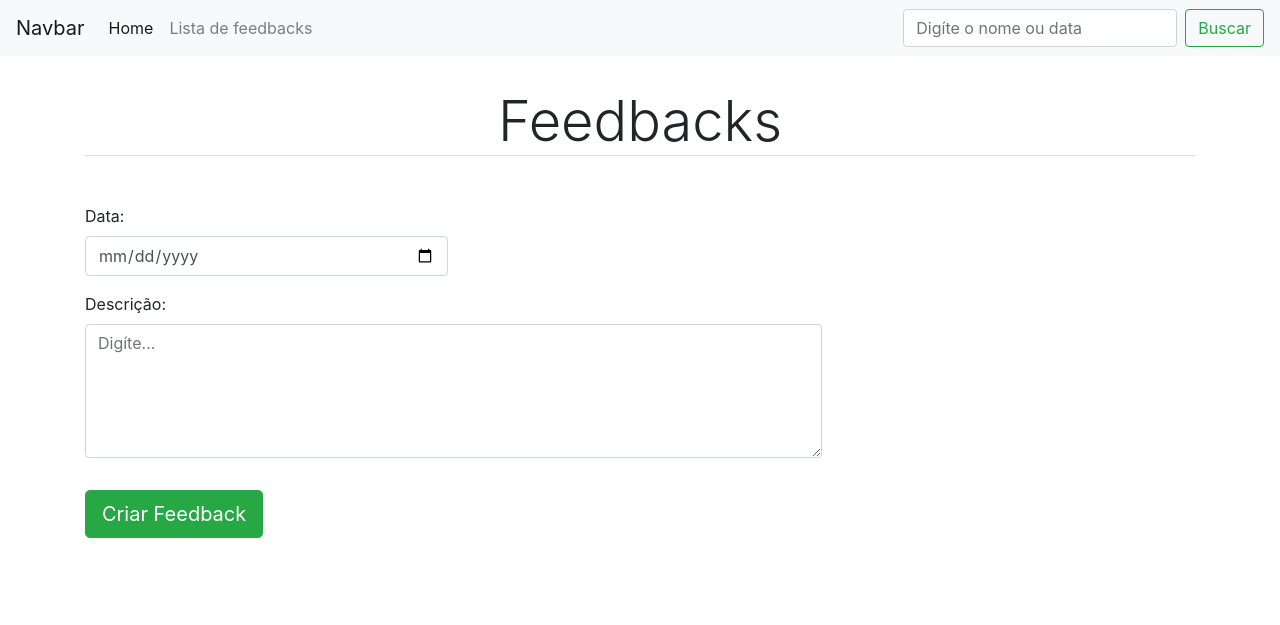
Repository: JulioSantooz/maisViagensSegundaVersao
Page: java-web(eclipse)/java-crud-mais-viagens/src/main/webapp/descricao.html
The author's editor kept a copy of each file at every save. The page is drawn from the files as they stood at one save, then again after the next save.
The browser window is 1280 px wide. The pictures show the whole page.
Some web libraries are served in a nearby version.

Above is the page before, as saved 2022-02-06 15:22:07.

After the next save:
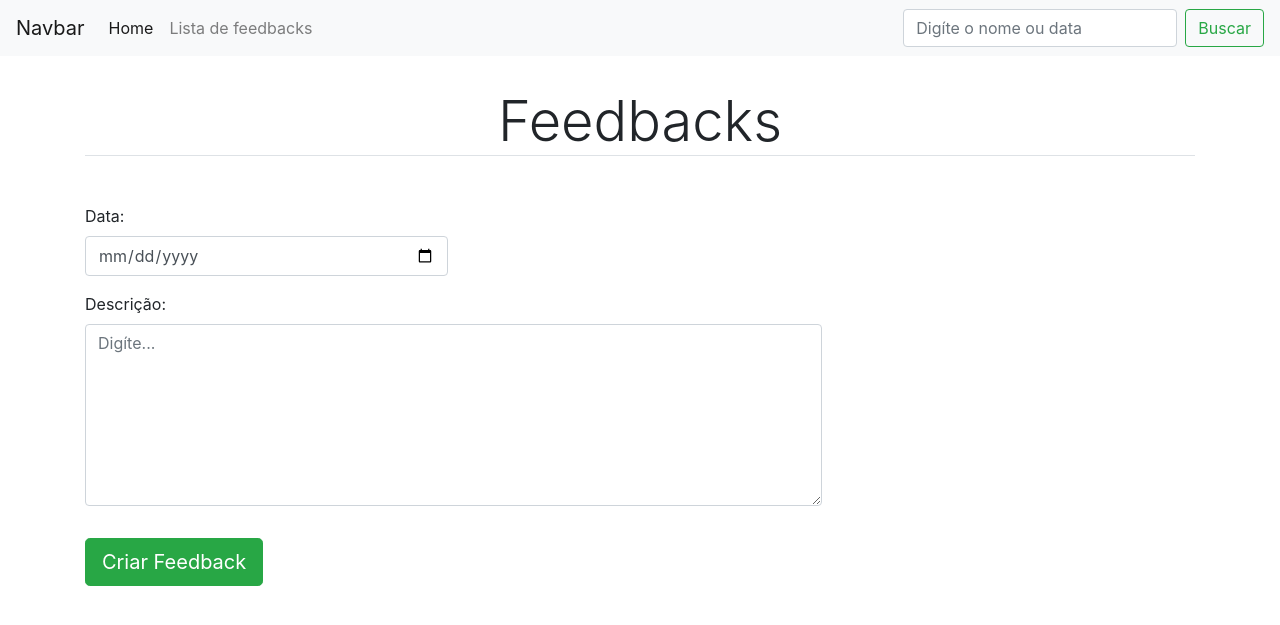
Saved 10 s later.
--- a/java-web(eclipse)/java-crud-mais-viagens/src/main/webapp/descricao.html
+++ b/java-web(eclipse)/java-crud-mais-viagens/src/main/webapp/descricao.html
@@ -41,7 +41,7 @@
                     </div>
                     <div class="form-group col-8">
                         <label for="" class="float-left">Descrição:</label>
-                        <textarea name="descricao" class="form-control" id="" rows="5" placeholder="Digíte..."></textarea>
+                        <textarea name="descricao" class="form-control" id="" rows="7" placeholder="Digíte..."></textarea>
                     </div>
                 </div>
                 <button type="submit" class="btn btn-lg btn-success my-3 float-left">Criar Feedback</button>

After the save that followed:
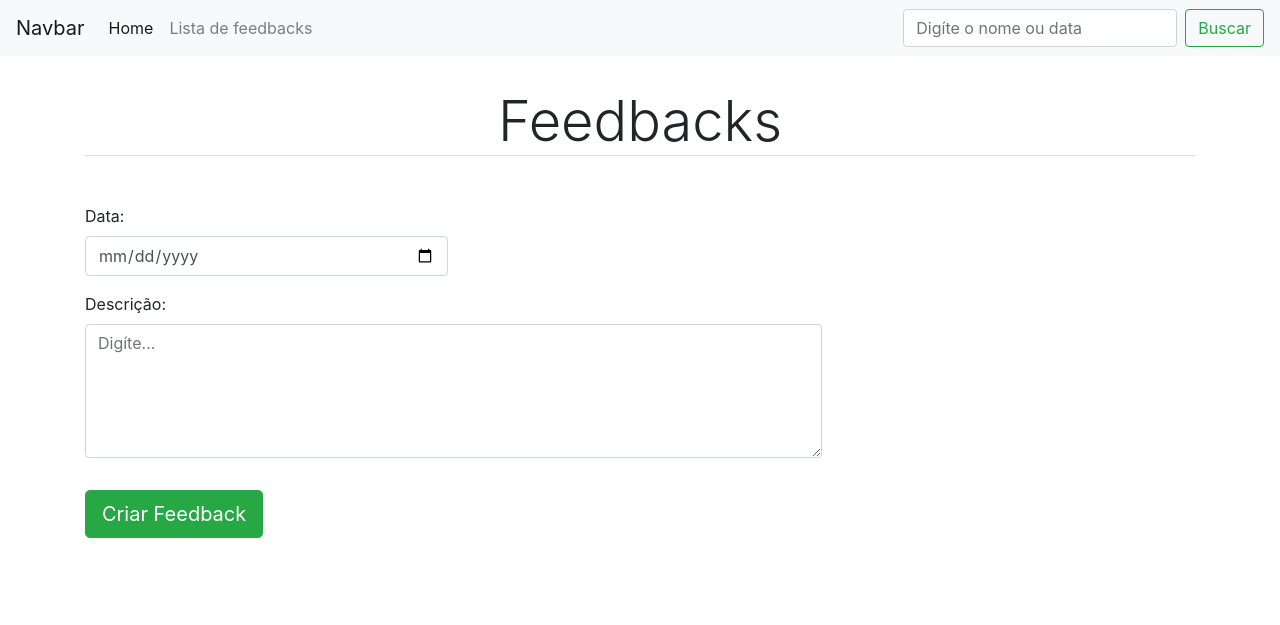
Saved 9 s later.
--- a/java-web(eclipse)/java-crud-mais-viagens/src/main/webapp/descricao.html
+++ b/java-web(eclipse)/java-crud-mais-viagens/src/main/webapp/descricao.html
@@ -41,7 +41,7 @@
                     </div>
                     <div class="form-group col-8">
                         <label for="" class="float-left">Descrição:</label>
-                        <textarea name="descricao" class="form-control" id="" rows="7" placeholder="Digíte..."></textarea>
+                        <textarea name="descricao" class="form-control" id="" rows="5" placeholder="Digíte..."></textarea>
                     </div>
                 </div>
                 <button type="submit" class="btn btn-lg btn-success my-3 float-left">Criar Feedback</button>
